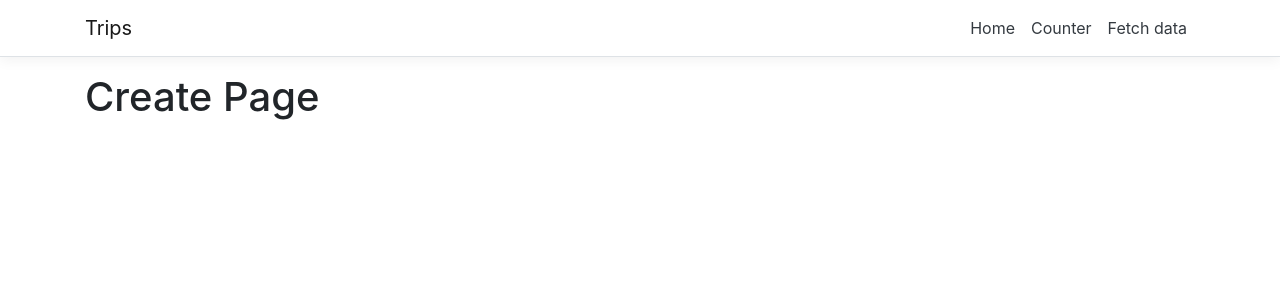
Repository: DevLuDaley/Trips
Page: /create (app in ClientApp/)
The author's editor kept a copy of each file at every save. The page is drawn from the files as they stood at one save, then again after the next save.
The browser window is 1280 px wide. The pictures show the whole page.
The project was rebuilt for these pictures with package versions that can differ from the ones it lists, and the page was loaded fresh each time. Also part of the build but not shown: ClientApp/src/components/Home.js, ClientApp/src/components/FetchData.js, ClientApp/src/components/Counter.js, ClientApp/src/components/Trip/Trips.jsx.

Above is the page before, as saved 2020-11-06 11:31:05.

After the next save:
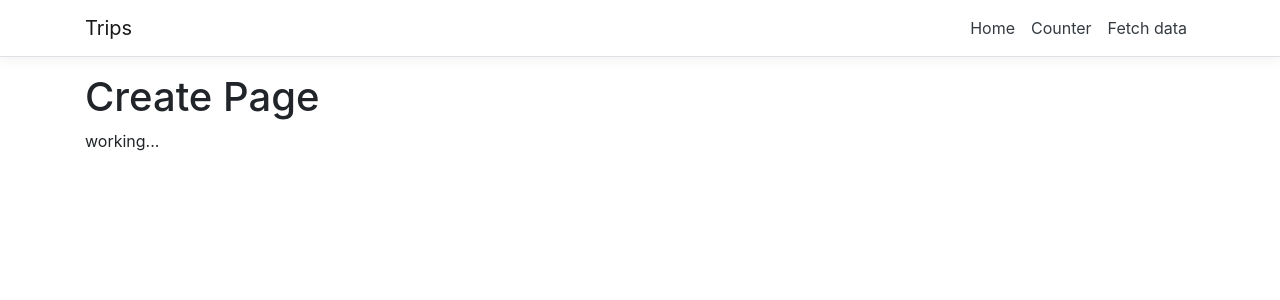
Saved 54 s later.
--- a/ClientApp/src/components/Trip/CreateTrip.jsx
+++ b/ClientApp/src/components/Trip/CreateTrip.jsx
@@ -14,6 +14,7 @@ class Create extends Component {
         return (
         <Fragment>
             <h1> Create Page</h1>
+            working...
         </Fragment> );
     }
 }
